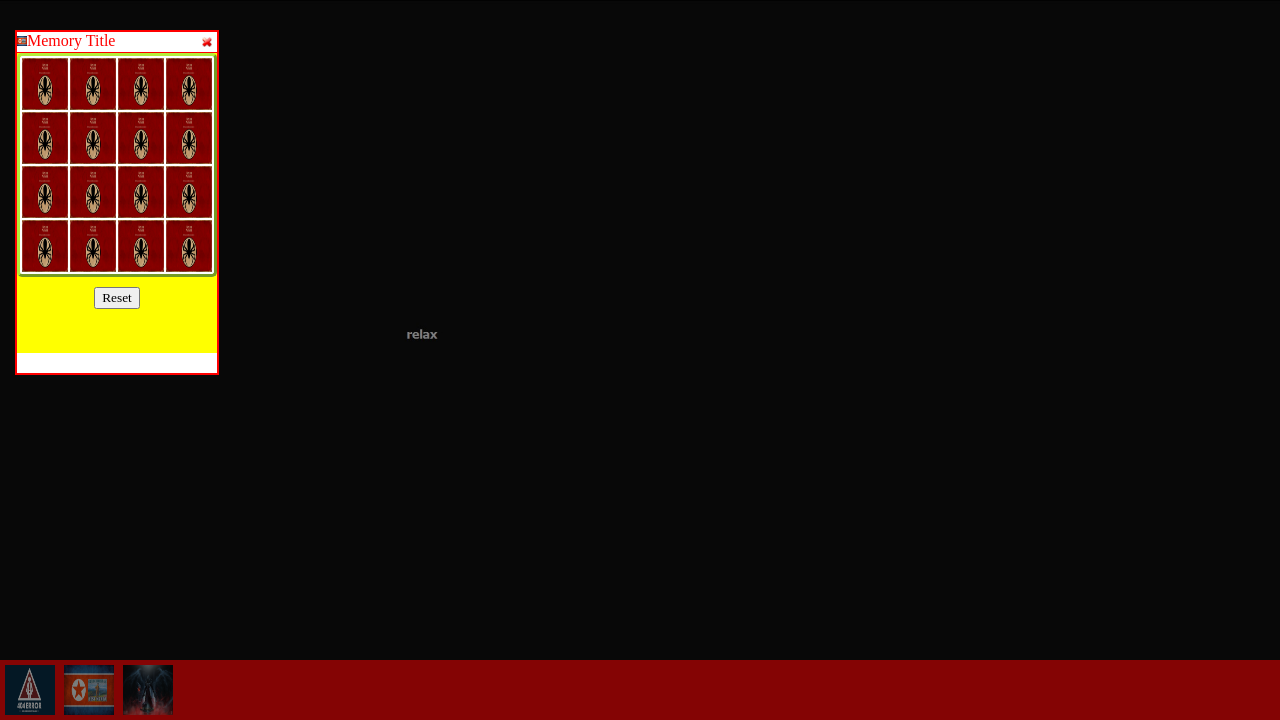
Repository: jn222rv/1dv403-laborationer
Page: 5-pwd/index.html
The author's editor kept a record of every edit. The page is drawn from the files as they stood at one moment, then again after the next edit.
The browser window is 1280 px wide. The pictures show the whole page.
After loading, the first visible `#memory` was clicked once.

Above is the page before.

### 5-pwd/index.html
<!DOCTYPE html>
<html>
    <head>
        <meta charset="UTF-8"/>
        <link rel="stylesheet" href="css/basic.css" type="text/css" />
        <link rel="stylesheet" href="css/memory.css" type="text/css" />
        <title>Blalba</title>
    </head>
    <body>
        <div id="iconhub">
            <a href="#" id="imageViewer"><img src="img/pic1.jpg"></img></a>
            <a href="#" id="memory"><img src="img/pic2.jpg"></img></a>
            <a href="#" id="rss"><img src="img/pic3.jpg"></img></a>
        </div>

        <script type="text/javascript" src="js/appScript/memory.js"></script>
        <script type="text/javascript" src="js/appScript/imageViewer.js"></script>
        <script type="text/javascript" src="js/window.js"></script>
        <script type="text/javascript" src="js/main.js"></script>
    </body>
</html>

### 5-pwd/css/basic.css
html {
    background: url("../img/background.jpg") no-repeat center center fixed;
    -webkit-background-size: cover;
    -moz-background-size: cover;
    -o-background-size: cover;
    background-size: cover;
}

body {
    margin: 0px 0px;
}

.imgBox {
    background-color:red;
    padding:10px;
    float:left;
    margin:10px;
}

.imgBox img {
    display:block;
    margin:auto;
}

#iconhub img {
    width:50px;
    height:50px;
    margin-left:5px;
}

.topbar img {
    width:10px;
    height:10px;
}

.gif {
    float:left;
}

p {
    color:red;
    margin:0px;
}

.unactive {
    display:none;
}

.topbar p {
    display:inline;
}

.content {
    background-color:yellow;
    overflow-y: auto;
}

.content img {
    display:block;
}

.topbar {
    background-color:white;
    width:100%;
    height:20px;
    border-bottom:1px solid red;
}

.footer {
    background-color:white;
    width:100%;
    height:20px;
}

.footer p {
    margin-left:5px;
    display:inline;
}

.appWindow {
    position:absolute;
    border:2px solid red;
}

#focus {
    z-index:1;
}

#iconhub {
    height:50px;
    padding:5px 0px 5px 0px;
    background-color:red;
    opacity:0.5;
    position:absolute;
    width:100%;
    bottom:0;
}

.cross {
    float:right;
    margin-top:5px;
    margin-right:5px;
}

.cross:hover {
    cursor:pointer;
}

### 5-pwd/css/memory.css

table {
    margin:0px auto;
    background-color:#FFFFFF;
    margin-bottom:10px;
    border:3px #B3EE3A outset;
    border-radius:5px;
}

input {
    display:block;
    margin:0px auto;
    font-family:"pixel";
}

.text {
    text-align:center;
}

table p {
    font-size:32px;
    text-shadow: 1px 1px 2px black, 0 0 1em blue, 0 0 0.1em blue;
    color:#EE7942;
    margin-bottom:50px;
}

table a {
    display:block;
    width:100%;
    height:100%;
}

img.normal {
    width:100%;
    height:100%;
    opacity:1;
}

img.hidden {
    width:100%;
    height:100%;
    opacity:0;
}

td {
    width:50px;
    height:50px;
    background-size: 100% 100%;
    background-image:url("../img/MemoryPics/0.jpg");
}

### 5-pwd/js/appScript/memory.js
"use strict"

function MemoryWindow(){

    Window.call(this, 200,300);

    this.createMemoryWindow();
}

MemoryWindow.prototype.createMemoryWindow = function(){

        this.createWindow("Memory Title","img/pic2.jpg");

        var memory = new MemoryGame(this.content);
        memory.createMemory();

};

function MemoryGame(Node){

    var array = [];
    var row = 4;
    var col = 4;
    var cardsFlipped = 0;
    var flippedArr = [];
    var completePairs = [];
    var pairs = 0;
    var timeoutID = null;
    var node = Node;
    var random = new RandomGenerator();

    this.createMemory = function(){

        console.log("done");
        createTable(node);
    };

    function createTable(){

        array = random.getPictureArray(row,col);

        var div = node;

        var table = document.createElement("table");

        if((row*col)%2===1)
        {
            row = 4;
            col = 4;
        }

        for(var i = 0; i < row; i++)
        {
            var tr = document.createElement("tr");

            for(var j = 0; j < col; j++)
            {
                var data = document.createElement("td");
                var img = document.createElement("img");
                var a = document.createElement("a");

                img.setAttribute("src","img/MemoryPics/"+array[(i*col+j)]+".jpg");
                img.className = "hidden";

                a.setAttribute("href","#");

                a.appendChild(img);
                data.appendChild(a);

                tr.appendChild(data);
            }

            table.appendChild(tr);
        }


        table.addEventListener("click",flipCard);
        table.addEventListener("keypress",flipCard);

        var button = document.createElement("input");
        button.setAttribute("type","button");
        button.setAttribute("value","Reset");
        button.addEventListener("click",reset);

        div.appendChild(table);
        div.appendChild(button);
    }

    function flipCard(e){

        var node = e.target;

        if(node.nodeName === "A")
        {
            node = node.firstChild;
        }

        if(node.nodeName === "IMG")
        {
            if(!(flippedArr[0]&&node===flippedArr[0]))
            {
                if(cardsFlipped < 2&&checkForComplete(node))
                {
                    node.className = "normal";

                    flippedArr.push(node);
                    cardsFlipped++;
                }

                if(cardsFlipped === 2)
                {
                    checkMatch();
                }
            }
        }
    }

    function checkForComplete(node){
        for(var i = 0; i < completePairs.length;i++)
        {
            if(node.getAttribute("src")===completePairs[i])
            {
                return false;
            }
        }

        return true;
    }

    function checkMatch(){

        if(flippedArr[0].getAttribute("src") === flippedArr[1].getAttribute("src"))
        {
            completePairs.push(flippedArr[0].getAttribute("src"));
            pairs++;
            cardsFlipped = 0;
            flippedArr = [];

            if(pairs === (row*col)/2)
            {
                winningMessage();
                var button = document.querySelector("input");
                button.setAttribute("value","Play Again?");
            }
        }
        else
        {
            if(!timeoutID)
            {
                timeoutID = window.setTimeout(unflipCards,1000);
            }
        }
    }

    function unflipCards(){

        for(var i = 0;i < flippedArr.length;i++)
        {
            var node = flippedArr[i];
            node.className = "hidden";
        }

        window.clearTimeout(timeoutID);
        timeoutID = null;

        cardsFlipped -= 2;
        flippedArr.splice(0,2);
    }

    function reset(){
        while (node.firstChild)
        {
            node.removeChild(node.firstChild);
        }

        console.log("reset");

        cardsFlipped = 0;
        pairs = 0;
        flippedArr = [];
        completePairs = [];

        window.clearTimeout(timeoutID);
        timeoutID = null;

        if(document.querySelector(".text"))
        {
            node.removeChild(node.lastChild);
        }

        createTable();
    }

    function winningMessage(){

        var div = document.createElement("div");
        div.className = "text";

        var p = document.createElement("p");
        p.innerHTML = "Du vann!!";

        div.appendChild(p);

        node.appendChild(div);
    }
}

function RandomGenerator(){


	this.getPictureArray = function(rows, cols)
	{
		var numberOfImages = rows*cols;
		var maxImageNumber = numberOfImages/2;

	   	var imgPlace = [];

	   for(var i=0; i<numberOfImages; i++)
		  imgPlace[i] = 0;

		for(var currentImageNumber=1; currentImageNumber<=maxImageNumber; currentImageNumber++)
		{
			var imageOneOK = false;
			var imageTwoOK = false;

			do
			{
				if(imageOneOK == false)
				{
					var randomOne = Math.floor( (Math.random() * (rows*cols-0) + 0) );

					if( imgPlace[randomOne] == 0 )
					{
						imgPlace[randomOne] = currentImageNumber;
						imageOneOK = true;
					}
				}

				if(imageTwoOK == false)
				{
					var randomTwo = Math.floor( (Math.random() * (rows*cols-0) + 0) );

					if( imgPlace[randomTwo] == 0 )
					{
						imgPlace[randomTwo] = currentImageNumber;
						imageTwoOK = true;
					}
				}
			}
			while(imageOneOK == false || imageTwoOK == false);
		}

		return imgPlace;
	};
}

### 5-pwd/js/appScript/imageViewer.js
"use strict"

function ImageViewerWindow(){

    this.pictureWidth = [];
    this.pictureHeight = [];
    this.pictureUrl = [];

    Window.call(this, 400,350);

    this.createImageViewerWindow();
};

ImageViewerWindow.prototype.createImageViewerWindow = function(){

        this.createWindow("ImageViwer","img/pic2.jpg");

        this.startLoading();

        this.loadImages(this);

        var arrayW = this.pictureWidth;
        var arrayH = this.pictureHeight;
        var arrayU = this.pictureUrl;
        var self = this;

        this.content.addEventListener("click",function(event){
            self.showPicture(event,arrayW,arrayH,arrayU);
        });
};

ImageViewerWindow.prototype.loadImages = function(myWindow){

        var content = myWindow.content;

        var xhr = new XMLHttpRequest();

        xhr.onreadystatechange = function(){

            if(xhr.readyState === 4 && xhr.status === 200)
            {
                myWindow.footer.innerHTML = "";

                var imgArr = JSON.parse(xhr.responseText);

                var width = [], height = [];

                for(var i = 0; i < imgArr.length;i++)
                {
                    width.push(imgArr[i].thumbWidth);
                    height.push(imgArr[i].thumbHeight);

                    myWindow.pictureWidth.push(imgArr[i].width);
                    myWindow.pictureHeight.push(imgArr[i].height);
                    myWindow.pictureUrl.push(imgArr[i].URL);

                    var maxWidth = Math.max.apply(Math, width);
                    var maxHeight = Math.max.apply(Math, height);

                    var imgBox = document.createElement("div");
                    imgBox.className = "imgBox";
                    imgBox.style.width = maxWidth+"px";
                    imgBox.style.height = maxHeight+"px";

                    var img = document.createElement("img");
                    img.setAttribute("src",imgArr[i].thumbURL);
                    img.setAttribute("width",imgArr[i].thumbWidth+"px");
                    img.setAttribute("height",imgArr[i].thumbHeight+"px");
                    img.setAttribute("id",i);

                    imgBox.appendChild(img);
                    content.appendChild(imgBox);
                }
            }
        };

        xhr.open("GET","http://homepage.lnu.se/staff/tstjo/labbyServer/imgviewer/",true);
        xhr.send(null);
};

ImageViewerWindow.prototype.showPicture = function(e,arrayWidth,arrayHeight,arrayUrl){

    var node = e.target;

    if(node.nodeName === "IMG")
    {
        var id = node.getAttribute("id");
        //console.log(array[id]);
        var myWindow = new Window(arrayWidth[id],arrayHeight[id]);
        myWindow.createWindow("ImageViwer","img/pic2.jpg");

        var url = node.getAttribute("src");
        var img = document.createElement("img");
        img.setAttribute("src",arrayUrl[id]);
        img.setAttribute("width",arrayWidth[id]);
        img.setAttribute("height",arrayHeight[id]);
        myWindow.content.appendChild(img);

        //console.log(myWindow.appMain);
        myWindow.setFocus();
    }
};

### 5-pwd/js/window.js
"use strict"

var DESKTOP = DESKTOP||{};

function Window(width,height){

    this.appMain = null;
    this.topbar = null;
    this.content = null;
    this.footer = null;
    this.appTitle = null;
    this.appIcon = null;
    this.width = width;
    this.height = height;

    this.createWindow = function(text,url){

        this.appMain = document.createElement("div");
        this.topbar = document.createElement("div");
        this.content = document.createElement("div");
        this.footer = document.createElement("div");
        this.appTitle = document.createElement("p");
        this.appIcon = document.createElement("img");

        //this.appMain.style.width = this.width+"px";
        //this.appMain.style.height = this.height+"px";

        this.appTitle.innerHTML = text;

        this.appIcon.setAttribute("src",url);

        this.topbar.className = "topbar";
        this.content.className = "content";
        this.appMain.className = "appWindow";
        this.footer.className = "footer";

        var img = document.createElement("img");
        img.setAttribute("src","img/x.jpg")
        img.className = "cross";

        var self = this;
        img.addEventListener("click",function(){
            self.removeWindow(self.appMain);
        });

        this.topbar.appendChild(img);

        this.content.style.width = this.width+"px";
        this.content.style.height = (this.height)+"px";

        this.topbar.appendChild(this.appIcon);
        this.topbar.appendChild(this.appTitle);
        this.appMain.appendChild(this.topbar);
        this.appMain.appendChild(this.content);
        this.appMain.appendChild(this.footer);

        DESKTOP.Main.numberOfWindows += 1;


        this.appMain.style.left = (DESKTOP.Main.lastY+DESKTOP.Main.directionY)+"px";
        this.appMain.style.top = (DESKTOP.Main.lastX+DESKTOP.Main.directionX)+"px";
        DESKTOP.Main.lastX += DESKTOP.Main.directionX;
        DESKTOP.Main.lastY += DESKTOP.Main.directionY;

        if(DESKTOP.Main.lastX+this.height>window.innerHeight-100||(DESKTOP.Main.lastX<0+50&&DESKTOP.Main.directionX<0))DESKTOP.Main.directionX*=-1;
        if(DESKTOP.Main.lastY+this.width>window.innerWidth-100||(DESKTOP.Main.lastY<0+50&&DESKTOP.Main.directionY<0))DESKTOP.Main.directionY*=-1;

        document.querySelector("body").appendChild(this.appMain);

        //console.log(document.querySelector("#focus"));

        this.appMain.addEventListener("click",function(e){
            var node = e.target;

            if(node.nodeName !== "IMG")
            {
                if(document.querySelector("#focus"))document.querySelector("#focus").removeAttribute("id");
                this.setAttribute("id","focus");
            }
        });

        this.appMain.addEventListener("mousedown",function doSomething(e) {
        	var posx = 0;
        	var posy = 0;
        	if (!eg) var eg = window.event;
        	if (eg.pageX || eg.pageY) 	{
        		posx = eg.pageX;
        		posy = eg.pageY;
        	}
        	else if (eg.clientX || eg.clientY) 	{
        		posx = eg.clientX + document.body.scrollLeft
        			+ document.documentElement.scrollLeft;
        		posy = eg.clientY + document.body.scrollTop
        			+ document.documentElement.scrollTop;
        	}
        	// posx and posy contain the mouse position relative to the document
        	// Do something with this information

        	console.log(posx);
        });

        //this.setFocus();
    };



    this.startLoading = function(){

        var img = document.createElement("img");
        img.setAttribute("src","img/load.gif");
        img.className = "gif";

        var p = document.createElement("p");
        p.innerHTML = "Loading";

        this.footer.appendChild(p);
        this.footer.appendChild(img);
    };

    this.setFocus = function(e){
            console.log(this.appMain);
            if(document.querySelector("#focus"))document.querySelector("#focus").removeAttribute("id");
            this.appMain.setAttribute("id","focus");
    };

    this.removeWindow = function(self){
        console.log(self);
        while(self.firstChild){
            self.removeChild(self.firstChild);
        }
        self.remove();
    };
}

/*
Window.prototype.createWindow = function(text,url){

        this.appMain = document.createElement("div");
        this.topbar = document.createElement("div");
        this.content = document.createElement("div");
        this.footer = document.createElement("div");
        this.appTitle = document.createElement("p");
        this.appIcon = document.createElement("img");

        this.appMain.style.width = this.width+"px";
        this.appMain.style.height = this.height+"px";

        this.appTitle.innerHTML = text;

        this.appIcon.setAttribute("src",url);

        this.topbar.className = "topbar";
        this.content.className = "content";
        this.appMain.className = "appWindow";
        this.footer.className = "footer";

        this.content.style.height = (this.height-40)+"px";

        this.topbar.appendChild(this.appIcon);
        this.topbar.appendChild(this.appTitle);
        this.appMain.appendChild(this.topbar);
        this.appMain.appendChild(this.content);
        this.appMain.appendChild(this.footer);

        DESKTOP.Main.numberOfWindows += 1;
        this.appMain.style.left = (DESKTOP.Main.numberOfWindows*15)+"px";
        this.appMain.style.top = (DESKTOP.Main.numberOfWindows*15)+"px";

        document.querySelector("body").appendChild(this.appMain);
};*/

### 5-pwd/js/main.js
"use strict"

var DESKTOP = DESKTOP||{};

DESKTOP.Main = new Desktop();

function Desktop(){

    this.numberOfWindows = 0;
    this.lastX = 0;
    this.lastY = 0;
    this.directionX = 30;
    this.directionY = 15;

    this.init =  function(){
        document.getElementById("imageViewer").addEventListener("click",function(){
            var myImageViewer = new ImageViewerWindow();
        });
        document.getElementById("memory").addEventListener("click",function(){
            var myMemory = new MemoryWindow();
        });
        document.getElementById("rss").addEventListener("click",function(){
            var myRss = new RssWindow();
        });
    }
}

window.onload = DESKTOP.Main.init;

After the next edit:
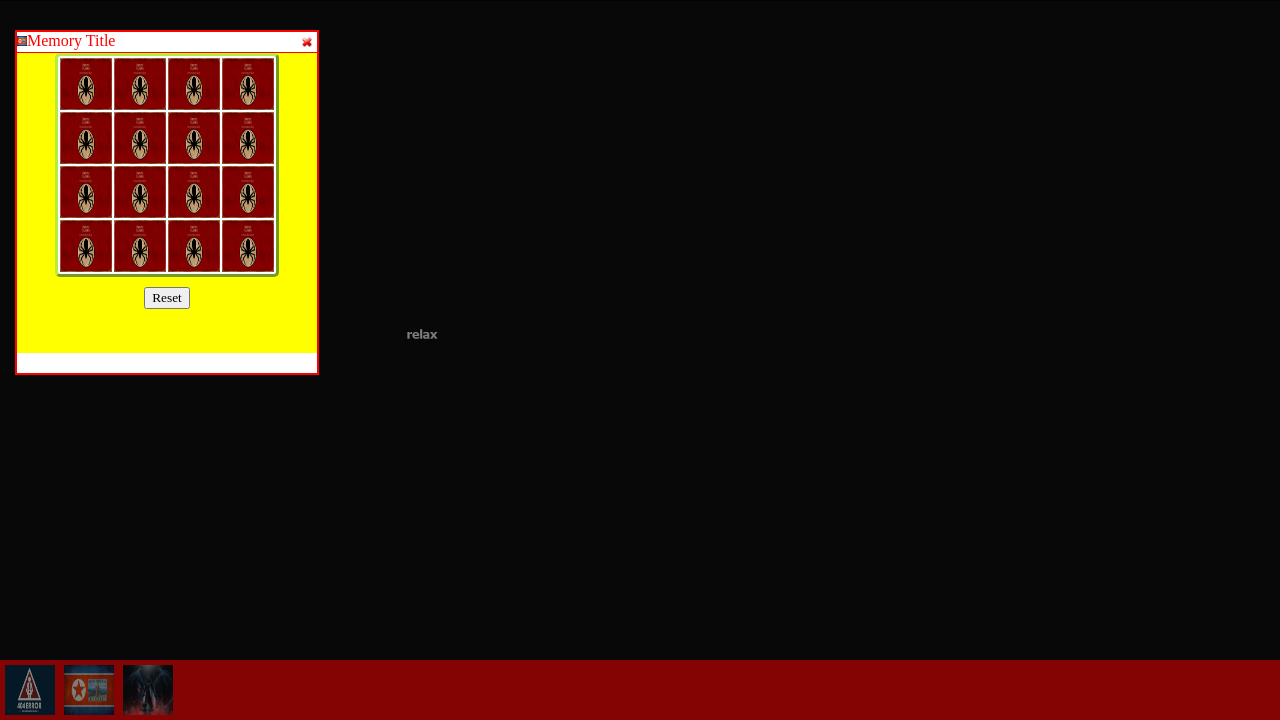
The edit:
--- a/5-pwd/js/appScript/memory.js
+++ b/5-pwd/js/appScript/memory.js
@@ -2,7 +2,7 @@
 
 function MemoryWindow(){
 
-    Window.call(this, 200,300);
+    Window.call(this, 300,300);
 
     this.createMemoryWindow();
 }
